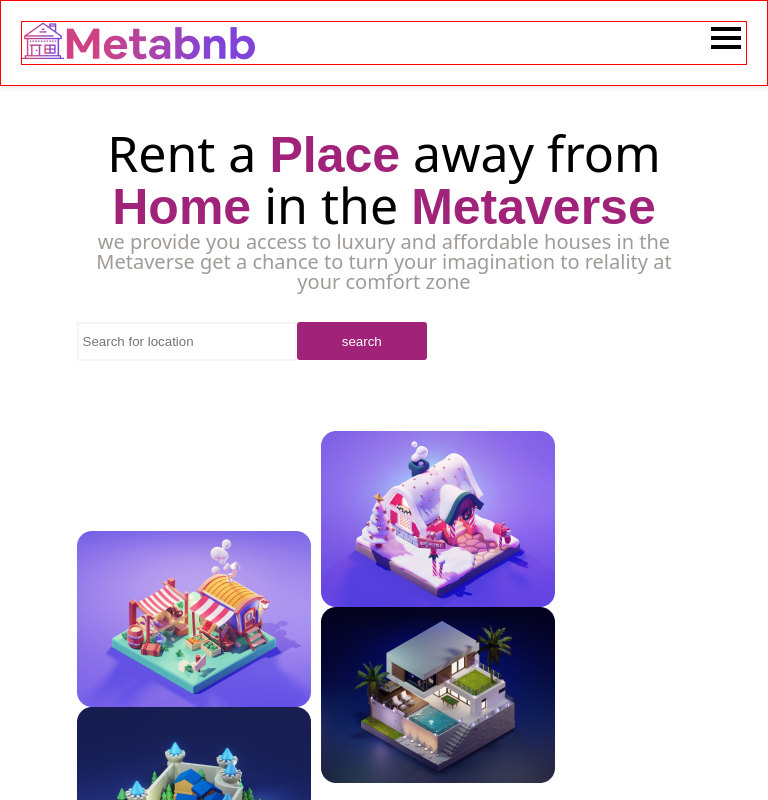
Repository: trenzyfx1/Metabnb
Page: index.html
These files come from the project's save history. The page is drawn as it stood at one moment and after the next save; the edit follows.
The browser window is 768 px wide. The pictures show the whole page.
An inner scrolling area shows only its first screen.

Above is the page before, as saved 2025-05-12 15:11:00.

After the next save:
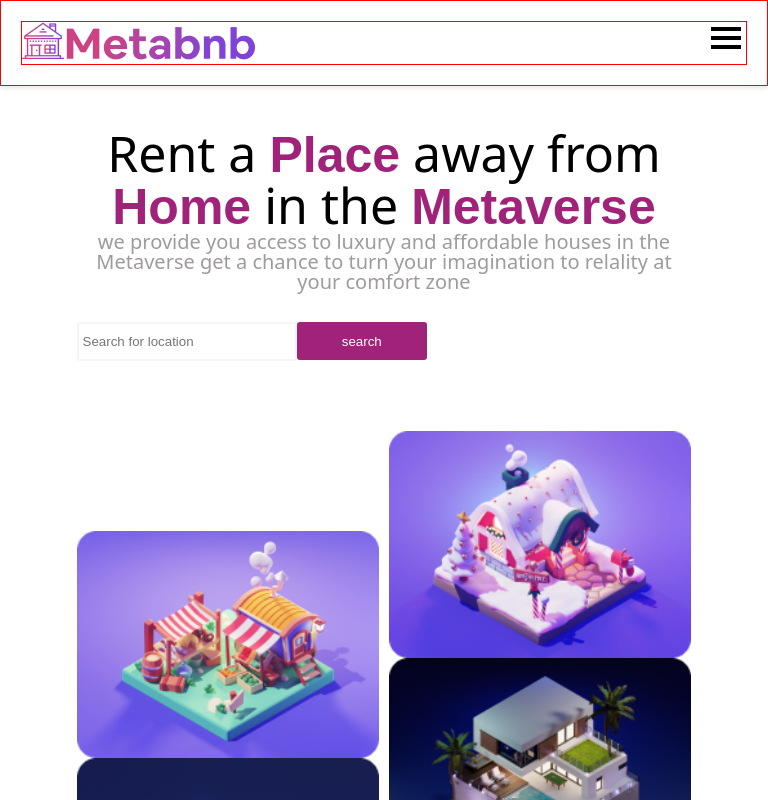
Saved 64 s later.
--- a/style.css
+++ b/style.css
@@ -445,10 +445,10 @@
 
     }
 
-    /* .image-container1,
+    .image-container1,
     .image-container2 {
         width: 90%;
-    } */
+    }
 
 
     .body,
